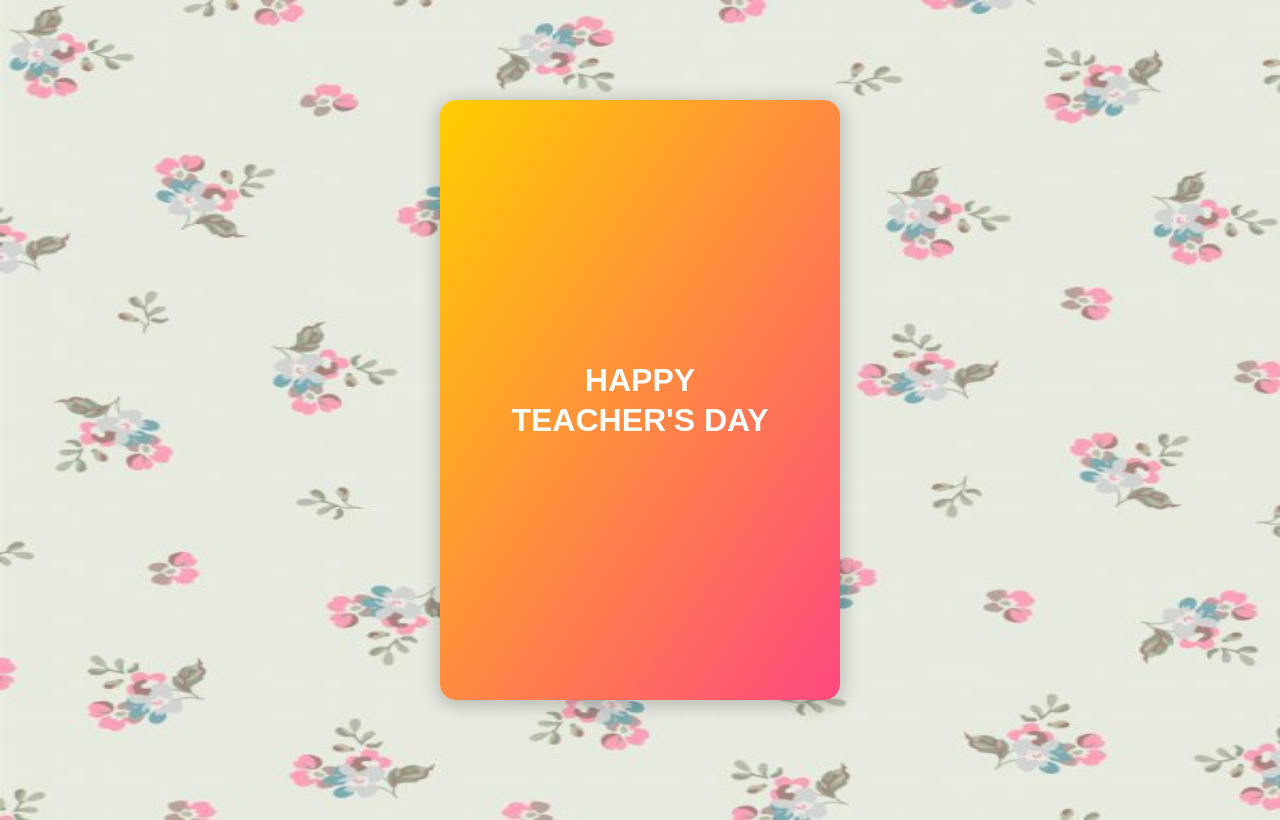
Repository: maixuanhieu/giftcard
Page: index.html
These files come from the project's save history. The page is drawn as it stood at one moment and after a run of saves; the edit follows.
The browser window is 1280 px wide. The pictures show the whole page.
The style sheet was rebuilt from its Sass, Less or Tailwind sources for each picture, by a compiler version that may differ from the author's.

Above is the page before, as saved 2021-11-17 21:32:38.

### index.html
<!DOCTYPE html>
<html lang="en">

<head>
    <meta charset="UTF-8">
    <meta http-equiv="X-UA-Compatible" content="IE=edge">
    <meta name="viewport" content="width=device-width, initial-scale=1.0">
    <title>CSS Flip Card</title>
    <link rel="stylesheet" href="style.css">
</head>

<body>
   <div class="card">
       <div class="card__inner">
           <div class="card__face card__face--front">
            <h2 style="text-align: center; line-height: 40px;">HAPPY <br> TEACHER'S DAY</h2>
           </div>
           <div class="card__face card__face--back">
            <div class="card__content">
                <div class="card__header">
                    <img src="xi2.jpg" alt="" srcset="" class="fox">
                    <h2></h2>
                </div>

                <div class="card__body">
                    <h3>PHAM NHA UYEN</h3>
                    <p>You will always be the cutest and most beautiful teacher in my eyes. I hope you will always keep a bright smile on your lips and have good health to continue your noble career. </p>
                    <br>
                    <br>
                    <p style="padding-left: 190px;">Best wishes for you.</p>
                </div>
            </div>
           </div>
       </div>
   </div>



</body>



<script src="main.js"></script>
</html>

### main.js
const card = document.querySelector('.card__inner');

card.addEventListener('click', function(){
    card.classList.toggle('is-flipped');
});

### style.scss
:root {
    --primary: #FFCE00;
    --secondary: #FE4880;
    --dark: #212121;
    --light: #F3F3F3;
}

*{
    margin: 0;
    padding: 0;
}

body{
    font-family: montserrat, sans-serif;
    width: 100%;
    min-height: 100vh;
    background: url("/background.jpg") no-repeat;
    background-size: 100% 100%;
    width: 100%;
    height: 100%;
}

.card{
    margin: 100px auto 0;
    width: 400px;
    height: 600px;
    perspective: 1000px;

    &__inner{
        width: 100%;
        height: 100%;
        transition: transform 1s;
        transform-style: preserve-3d;
        cursor: pointer;
        position: relative;
    }

    &__inner.is-flipped{
        transform: rotateY(180deg);
    }

    &__face{
        position: absolute;
        width: 100%;
        height: 100%;
        backface-visibility: hidden;
        overflow: hidden;
        border-radius: 16px;
        box-shadow: 0px 3px 18px 3px rgba(0,0,0,0.2);
    }

    &__face--front{
        background-image: linear-gradient(to bottom right, var(--primary), var(--secondary));
        display: flex;
        align-items: center;
        justify-content: center;
    }

    &__face--front h2{
        color: #FFF;
        font-size: 32px;
    }

    &__face--back{
        background-color: var(--light);
        transform: rotateY(180deg);
    }

    &__content{
        width: 100%;
        height: 100%;
    }

    &__header{
        position: relative;
        padding: 30px 30px 40px;
    }

    &__header::after{
        content: '';
        display: block;
        position: absolute;
        top: 0;
        left: 0;
        right: 0;
        bottom: 0;
        z-index: -1;
        border-radius: 0 0 50% 0;
        background-image: linear-gradient(to bottom left, var(--primary) 10%, var(--secondary) 115%);
    }

    &__header h2{
        color: #FFF;
        font-size: 32px;
        font-weight: 900;
        text-transform: uppercase;
        text-align: center;
    }

    &__body{
        padding: 30px;
    }

    &__body h3{
        color: var(--dark);
        font-size: 24px;
        font-weight: 600;
        margin-bottom: 15px;
        font-family: 'Mega';
    }

    &__body p {
        color: var(--dark);
        font-size: 18px;
        line-height: 1.5;
        font-family: "Kieu";
    }
}

.fox{
    display: block;
    width: 187px;
    height: 187px;
    margin: 0 auto 30px;
    border-radius: 50%;
    background-color: #FFF;
    border: 5px solid #FFF;
    object-fit: cover;
}
@font-face {
    font-family: "Kieu";
    src: url('HP001Kieu2.TTF');
}

@font-face {
    font-family: "Mega";
    src: url('MegalopolisExtra.otf');
}

After the next 3 saves:
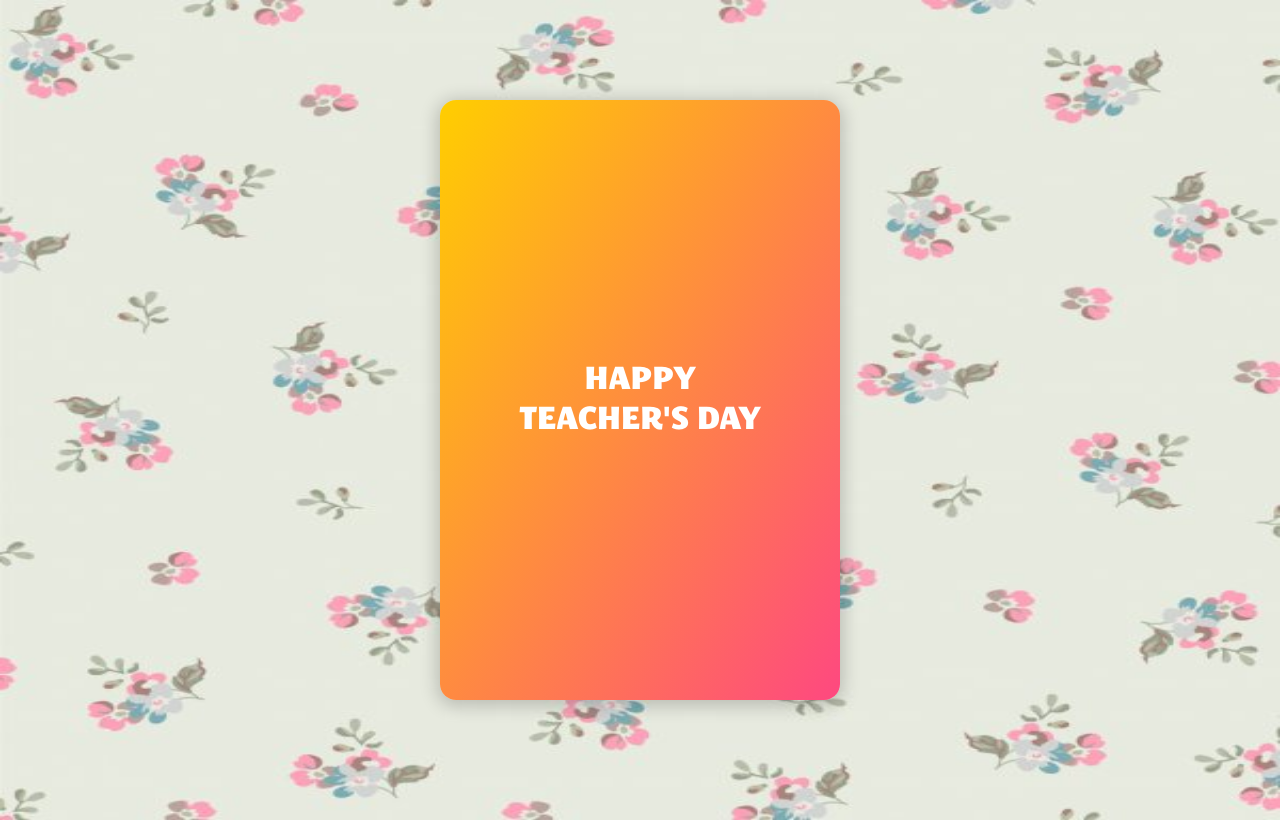
The 3 saves are shown as one change because they came seconds apart.
The last was saved 32 s later.
--- a/style.scss
+++ b/style.scss
@@ -54,6 +54,7 @@ body{
         display: flex;
         align-items: center;
         justify-content: center;
+        font-family: 'Mega';
     }
 
     &__face--front h2{
